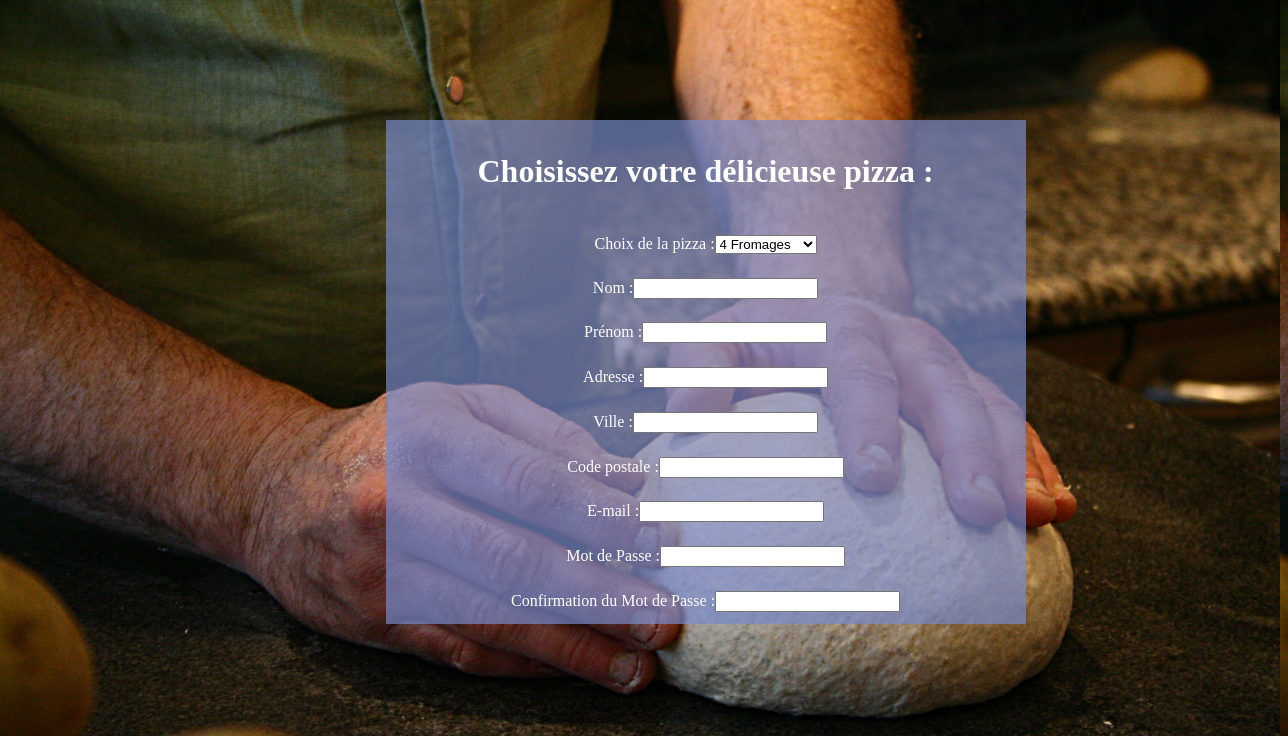
Repository: dev84-unalien/pippo_pizza
Page: commande.html
The author's editor kept a copy of each file at every save. The page is drawn from the files as they stood at one save, then again after the next save.
The browser window is 1280 px wide. The page is 1288 px wide, so the pictures cover 1288 px, including what lies to the right of the window. The pictures show the whole page.

Above is the page before, as saved 2019-09-11 15:46:51.

### commande.html
<!DOCTYPE html>
<html lang="en">
<head>
    <meta charset="UTF-8">
    <meta name="viewport" content="width=device-width, initial-scale=1.0">
    <meta http-equiv="X-UA-Compatible" content="ie=edge">
    <title>pizzeria pippo</title>
    <link rel="stylesheet" href="commande.css">
    <script src="jquery-3.4.1.min.js"></script>
    <script src="commande.js"></script>

</head>

<body>
            <div id="cadrecommande">
                <h1>Choisissez votre délicieuse pizza :</h1>
                <div>Choix de la pizza :<select id = "choixpizza">
                        <option value="4fromage">4 Fromages</option>
                        <option value="chicago">Chicago</option>
                        <option value="florentine">Florentine</option>
                        <option value="forestiere">Forestière</option>
                        <option value="indienne">Indienne</option>
                        <option value="mozza">Mozza</option>
                        <option value="orientale">Orientale</option>
                        <option value="pom-magret">Pom-Magret</option>
                        <option value="romaine">Romaine</option>
                        <option value="royale">Royale</option>
                        <option value="savoyarde">Savoyarde</option>
                        <option value="sicilienne">Sicilienne</option>
                        <option value="vegetarienne">Végétarienne</option>
                    </select></div>

                    <div class="section">Nom :<input type="text" id="nom"></div>
                    <div class="section">Prénom :<input type="text"id="prenom"></div>
                    <div class="section">Adresse :<input type="text" id="Adresse"></div>
                    <div class="section">Ville :<input type="text" id="ville"></div>
                    <div class="section">Code postale :<input type="text" id="codepostale"></div>
                    <div class="section">E-mail :<input type="text" id="email"></div>
                    <div class="section">Mot de Passe :<input type="text" id="mdp"></div>
                    <div class="section">Confirmation du Mot de Passe :<input type="text" id="confirmmdp"></div>
                </div>




</body>

</html>

### commande.css
body {
    display: flex;
    height: 100vh;
    width: 100vw;
    background-image: url("images/ajoutpizza.jpg");
    justify-content: center;
    align-items: center;
    background-size: 100vw;
  }
  #cadrecommande {
    display: flex;
    flex-direction: column;
    justify-content: space-around;
    align-items: center;
    width: 50vw;
    height: 70vh;
    background-color: rgba(120, 139, 204, 0.685);
    margin-left: 9vw;
    margin-top:1vh;
    color: white;
  }

Loaded but not shown: jquery-3.4.1.min.js (library); commande.js (no stored copy; drawn as an empty file)

After the next save:
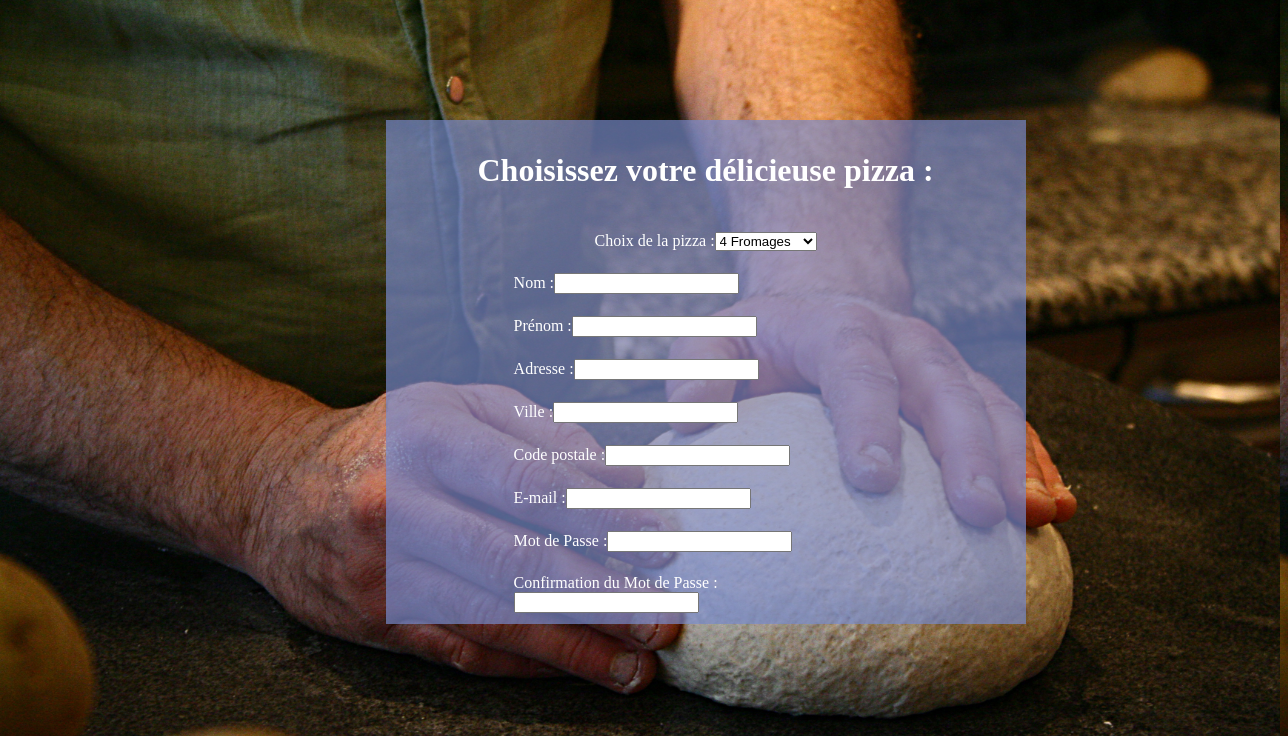
Saved 38 s later.
--- a/commande.css
+++ b/commande.css
@@ -19,3 +19,6 @@
     margin-top:1vh;
     color: white;
   }
+  .section{
+      width: 30vw;
+  }
